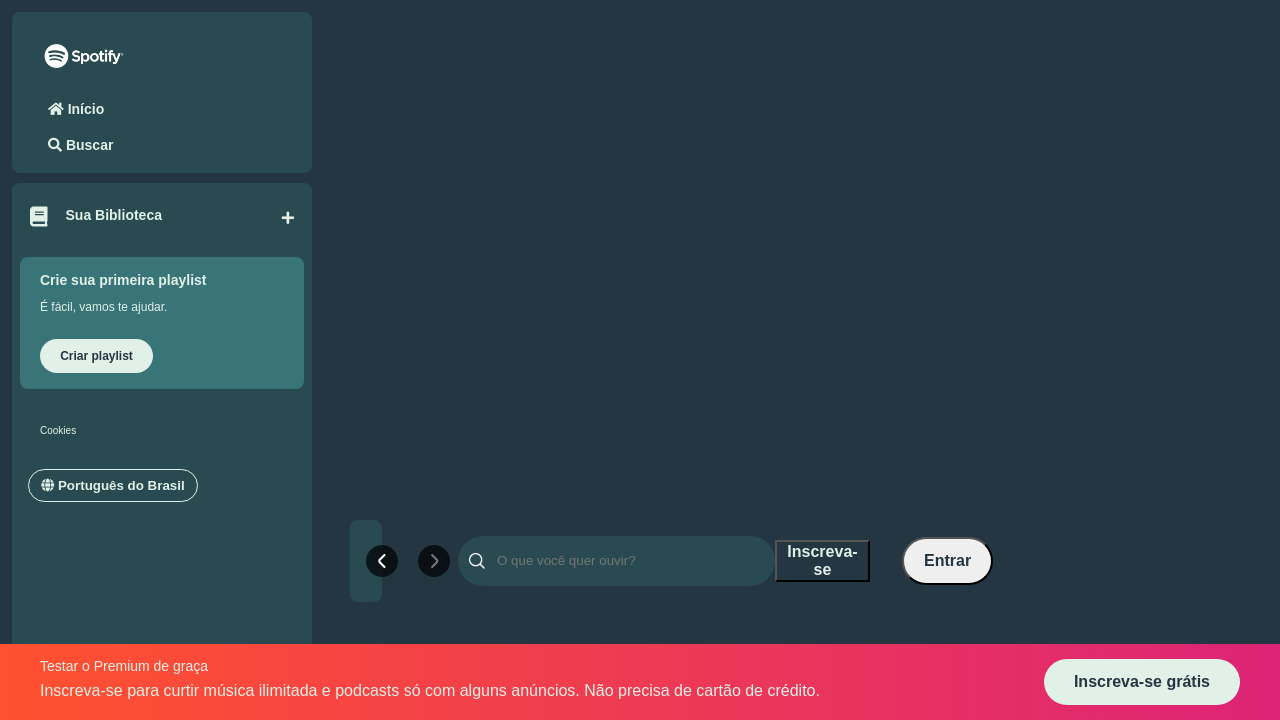
Repository: rafaazevedo-gs/Imers-o-Alura-Front-end
Page: index.html
The author's editor kept a copy of each file at every save. The page is drawn from the files as they stood at one save, then again after the next save.
The browser window is 1280 px wide. The pictures show the whole page.

Above is the page before, as saved 2025-01-30 18:34:38.

After the next save:
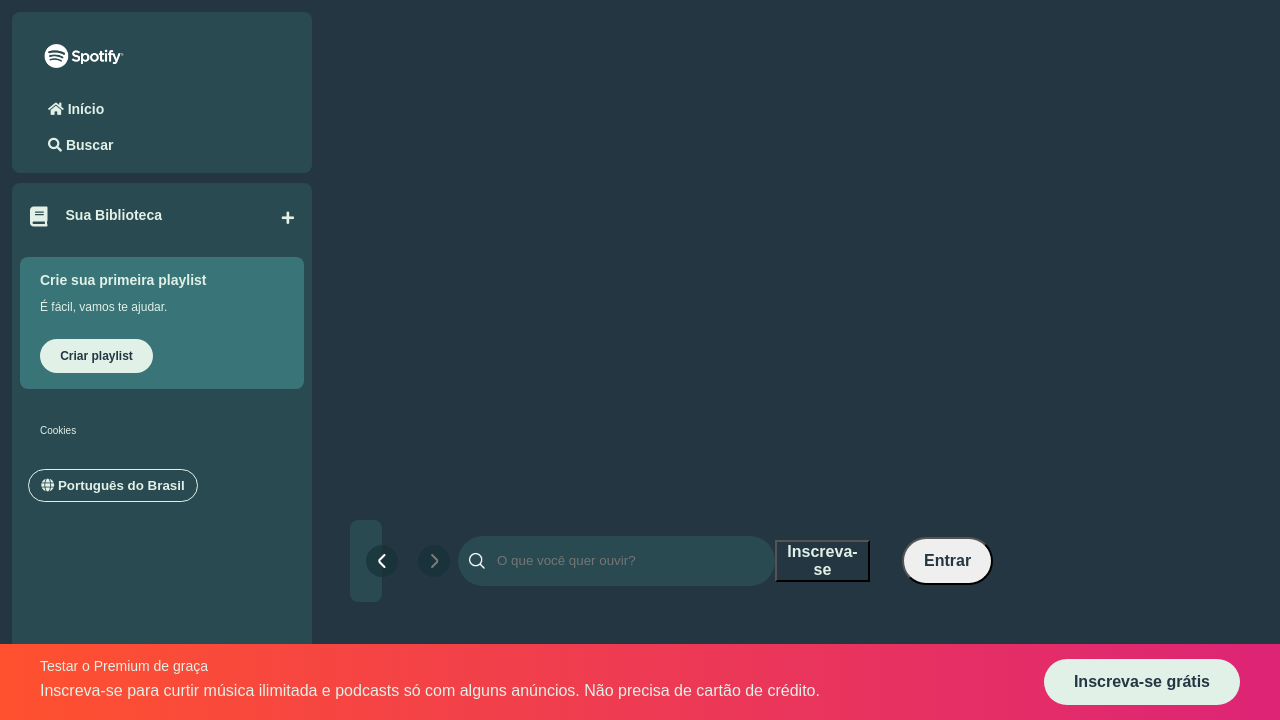
Saved 2 min 19 s later.
--- a/src/styles/vars.css
+++ b/src/styles/vars.css
@@ -4,5 +4,5 @@
 
 /*COLORS*/
 --bg-icon: #2a4a51;
---bg-arrow-color: rgba(0, 0, 0, 0.7);
+--bg-arrow-color: rgba(23, 50, 56, 0.7);
 }
